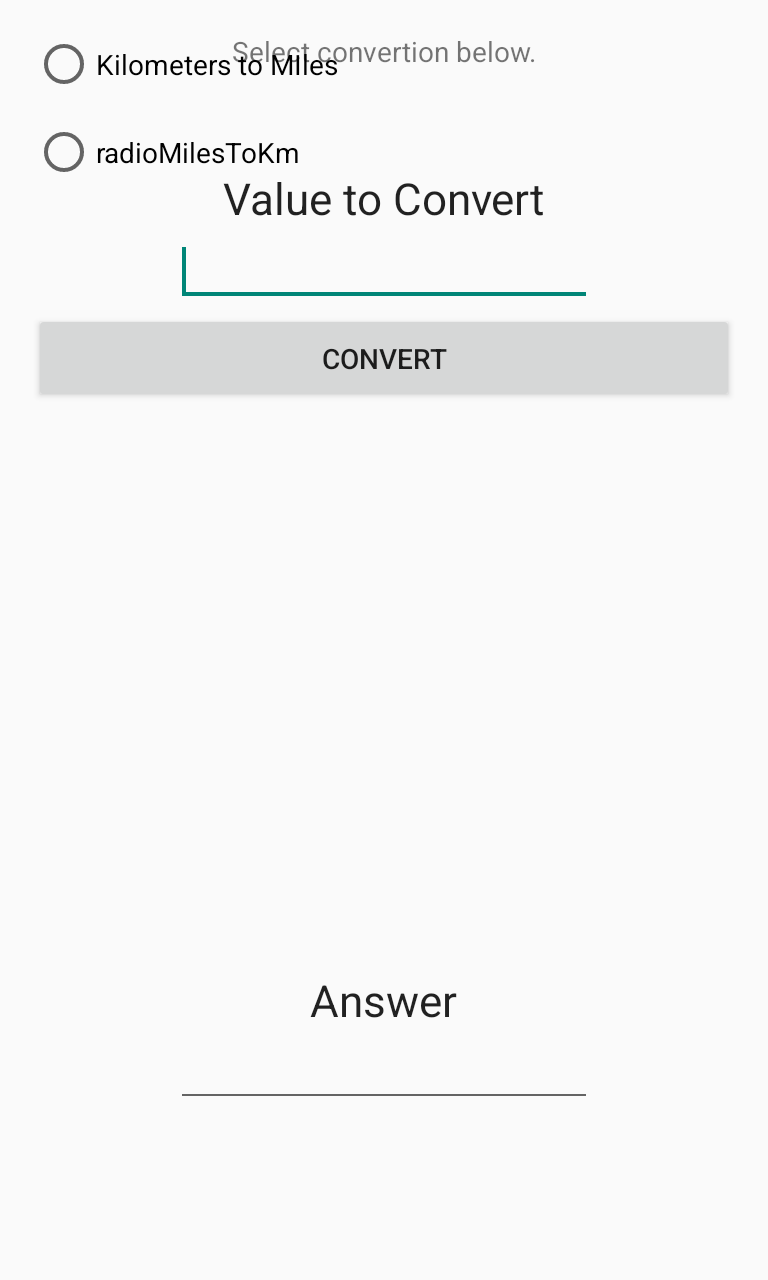
Repository: awayzo/6300Fall14Assignment4
Layout: UnitConvertor/res/layout/activity_dis.xml
The author's editor kept a copy of each file at every save. The layout is drawn from the files as they stood at one save, then again after the next save.
It is drawn on a 768 x 1280 px phone screen (xhdpi) without system bars, with theme AppTheme; the app's code is not run.

Above is the layout before, as saved 2014-09-27 07:43:50.

### UnitConvertor/res/layout/activity_dis.xml
<RelativeLayout xmlns:android="http://schemas.android.com/apk/res/android"
    xmlns:tools="http://schemas.android.com/tools"
    android:layout_width="match_parent"
    android:layout_height="match_parent"
    android:paddingBottom="@dimen/activity_vertical_margin"
    android:paddingLeft="@dimen/activity_horizontal_margin"
    android:paddingRight="@dimen/activity_horizontal_margin"
    android:paddingTop="@dimen/activity_vertical_margin"
    tools:context="edu.gatech.seclass.unitconvertor.DisActivity" >

    <EditText
        android:id="@+id/txtAnswer"
        android:layout_width="wrap_content"
        android:layout_height="wrap_content"
        android:layout_alignParentBottom="true"
        android:layout_centerHorizontal="true"
        android:layout_marginBottom="68dp"
        android:ems="10"
        android:inputType="numberDecimal" />

    <TextView
        android:id="@+id/lblAnswer"
        android:layout_width="wrap_content"
        android:layout_height="wrap_content"
        android:layout_above="@+id/txtAnswer"
        android:layout_centerHorizontal="true"
        android:text="Answer"
        android:textAppearance="?android:attr/textAppearanceLarge" />

    <TextView
        android:id="@+id/lblTitle_Distance"
        android:layout_width="wrap_content"
        android:layout_height="wrap_content"
        android:layout_alignParentTop="true"
        android:layout_centerHorizontal="true"
        android:text="Select convertion below." />

    <EditText
        android:id="@+id/txtValue"
        android:layout_width="wrap_content"
        android:layout_height="wrap_content"
        android:layout_below="@+id/lblValue"
        android:layout_centerHorizontal="true"
        android:ems="10"
        android:inputType="numberDecimal" >

        <requestFocus />
    </EditText>

    <Button
        android:id="@+id/btnConvert"
        android:layout_width="match_parent"
        android:layout_height="wrap_content"
        android:layout_below="@+id/txtValue"
        android:layout_centerHorizontal="true"
        android:text="Convert" />

    <RadioButton
        android:id="@+id/radioToMiles"
        android:layout_width="match_parent"
        android:layout_height="wrap_content"
        android:layout_alignLeft="@+id/btnConvert"
        android:layout_below="@+id/lblTitle_Distance"
        android:layout_marginTop="25dp"
        android:text="radioMilesToKm" />

    <TextView
        android:id="@+id/lblValue"
        android:layout_width="wrap_content"
        android:layout_height="wrap_content"
        android:layout_below="@+id/@/radioMilesToKm"
        android:layout_centerHorizontal="true"
        android:layout_marginTop="68dp"
        android:text="Value to Convert"
        android:textAppearance="?android:attr/textAppearanceLarge" />

    <RadioButton
        android:id="@/RadioKmToMiles"
        android:layout_width="match_parent"
        android:layout_height="wrap_content"
        android:layout_alignLeft="@+id/@/radioMilesToKm"
        android:layout_below="@+id/@/radioMilesToKm"
        android:text="Kilometers to MIles" />

</RelativeLayout>

Loaded but not shown: UnitConvertor/res/values/styles.xml (common file); UnitConvertor/res/values-v11/styles.xml (common file); UnitConvertor/res/values-v14/styles.xml (common file); UnitConvertor/res/values/dimens.xml (common file); UnitConvertor/res/values-w820dp/dimens.xml (common file)

After the next save:
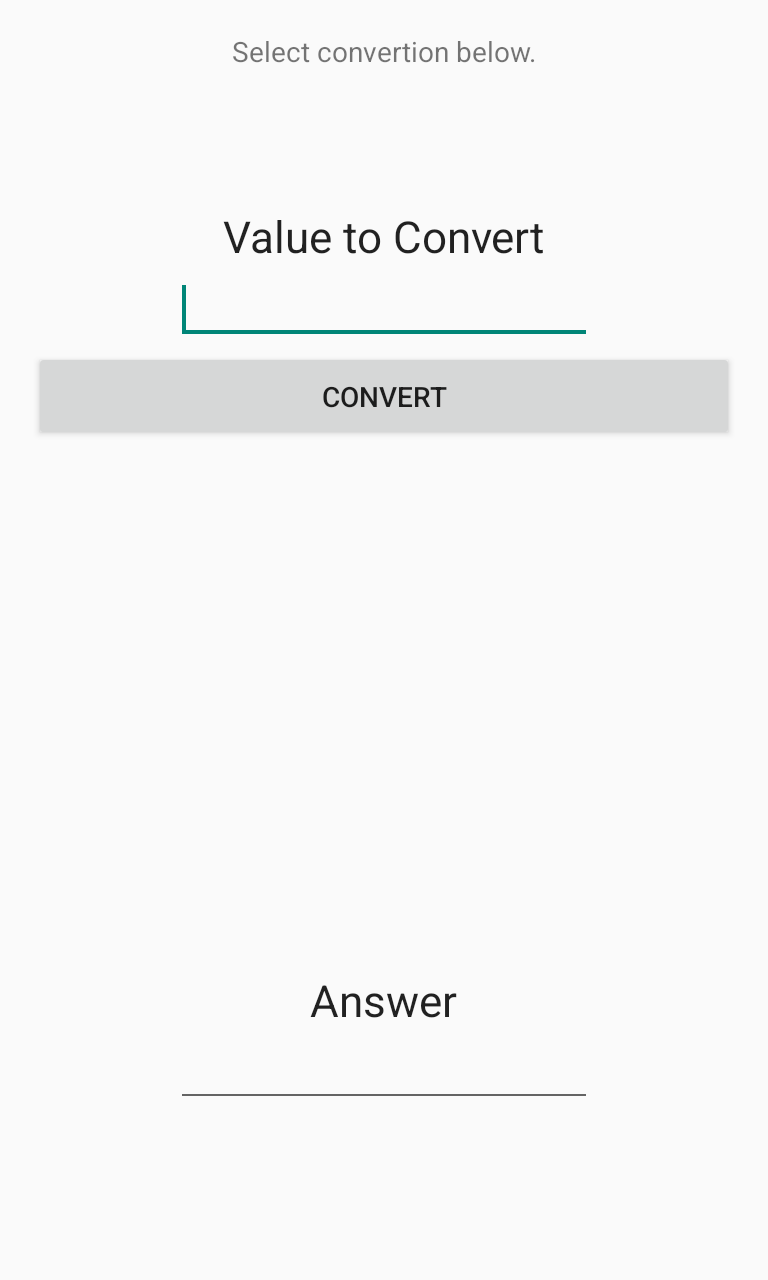
Saved 118 s later.
--- a/UnitConvertor/res/layout/activity_dis.xml
+++ b/UnitConvertor/res/layout/activity_dis.xml
@@ -55,31 +55,14 @@
         android:layout_centerHorizontal="true"
         android:text="Convert" />
 
-    <RadioButton
-        android:id="@+id/radioToMiles"
-        android:layout_width="match_parent"
-        android:layout_height="wrap_content"
-        android:layout_alignLeft="@+id/btnConvert"
-        android:layout_below="@+id/lblTitle_Distance"
-        android:layout_marginTop="25dp"
-        android:text="radioMilesToKm" />
-
     <TextView
         android:id="@+id/lblValue"
         android:layout_width="wrap_content"
         android:layout_height="wrap_content"
-        android:layout_below="@+id/@/radioMilesToKm"
+        android:layout_below="@+id/lblTitle_Distance"
         android:layout_centerHorizontal="true"
         android:layout_marginTop="68dp"
         android:text="Value to Convert"
         android:textAppearance="?android:attr/textAppearanceLarge" />
 
-    <RadioButton
-        android:id="@/RadioKmToMiles"
-        android:layout_width="match_parent"
-        android:layout_height="wrap_content"
-        android:layout_alignLeft="@+id/@/radioMilesToKm"
-        android:layout_below="@+id/@/radioMilesToKm"
-        android:text="Kilometers to MIles" />
-
 </RelativeLayout>
